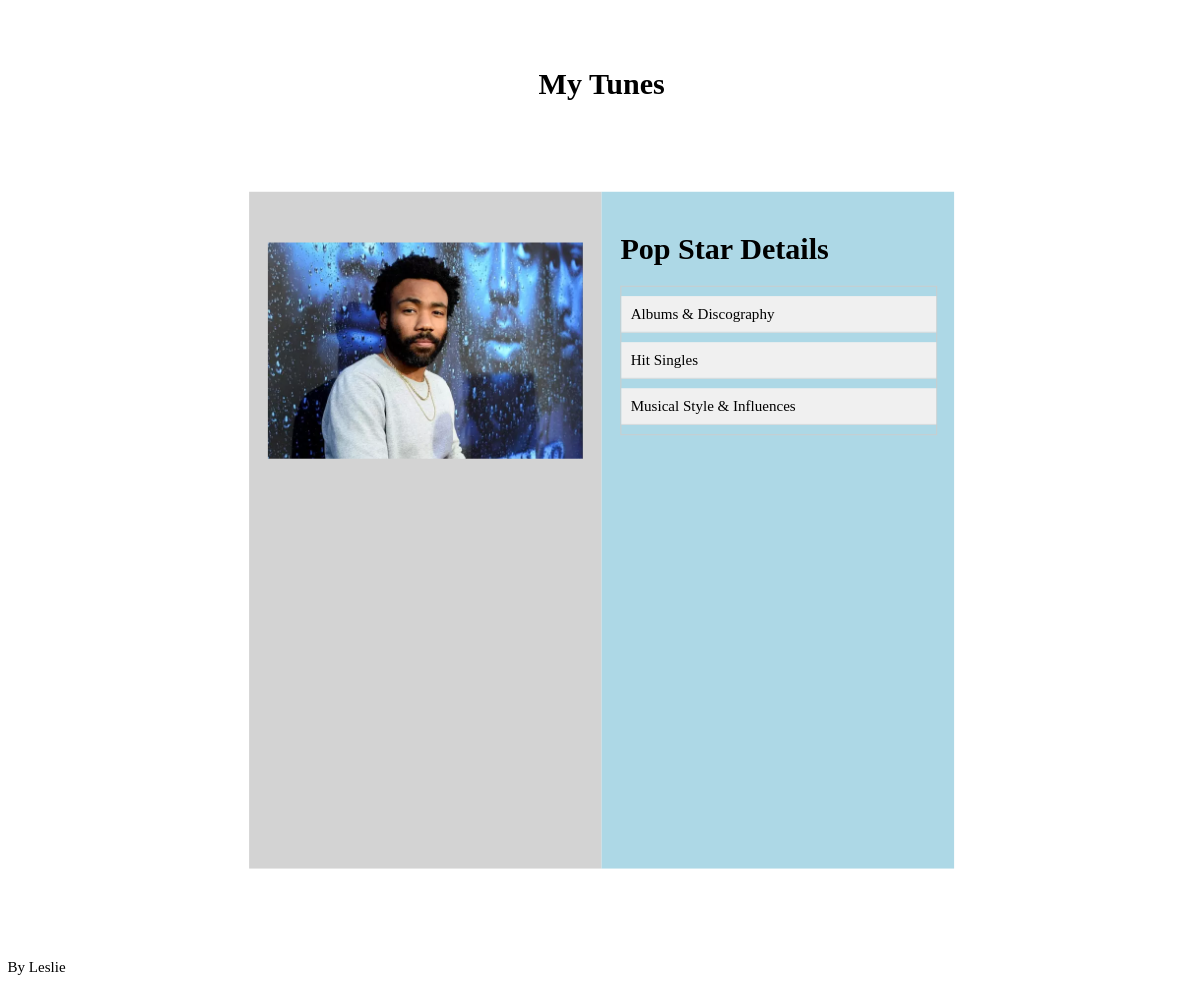
Repository: leslie179/labOne
Page: /
The author's editor kept a copy of each file at every save. The page is drawn from the files as they stood at one save, then again after the next save.
The browser window is 1280 px wide. The pictures show the whole page, at 94% of full size.
The project was rebuilt for these pictures with package versions that can differ from the ones it lists, and the page was loaded fresh each time. The framework's server and built-in components were replaced by stand-ins that run in the browser. Also part of the build but not shown: next.config.js, components/Footer/Footer.module.css.

Above is the page before, as saved 2024-09-15 22:11:17.

### pages/index.js
import Head from 'next/head'
import styles from '@/styles/Home.module.css'
import Footer from '@/components/Footer'
import Header from '@/components/Header'
import LeftComponent from '@/components/LeftComponent'
import RightComponent from '@/components/RightComponent'

export default function Home() {
  return (
    <>
      <Head>
        <title>Create Next App</title>
        <meta name="description" content="Generated by create next app" />
        <meta name="viewport" content="width=device-width, initial-scale=1" />
        <link rel="icon" href="/favicon.ico" />
      </Head>
      <Header/>
      <main className={`${styles.main}`}>
      <div className={styles.container}>
      <div className={styles.left}>
                <LeftComponent />
            </div>
            <div className={styles.right}>
              <h1>Pop Star Details</h1>
                <RightComponent />
            </div>
            </div>
      </main>
      <Footer/>
    </>
  )
}

### styles/globals.css
:root {


}

a {
  color: inherit;
  text-decoration: none;
}

### styles/Home.module.css
.main {
  display: flex;
  flex-direction: column;
  justify-content: space-between;
  align-items: center;
  padding: 6rem;
  min-height: 20vh;
}

.container {
  display: flex;
  width: 70%;
  height: 100vh;

}

.left, .right {
  width: 50%;
  padding: 20px;
  box-sizing: border-box;
}

.left {
  background-color: lightgray;
}

.right {
  background-color: lightblue;
}

### components/Footer/index.js
import styles from "./Footer.module.css"

export default function Footer() {
    return(
        <footer className={styles.Footer}>
            By Leslie
        </footer>
    )
}

### components/Header/index.js
import styles from './Header.module.css';


export default function Header() {
    return (
        <header className={styles.header}>
            <h1>My Tunes</h1>
        </header>
    );
}

### components/LeftComponent/index.js
import styles from './LeftComponent.module.css';

export default function LeftComponent() {
    return (
        <div>
            <img src="childish_icon.jpg" alt="Childish Icon" className={styles.image} />
        </div>
    );
}

### components/RightComponent/index.js
import { useState } from 'react';
import styles from './RightComponent.module.css';

export default function RightComponent() {
    const [activeIndex, setActiveIndex] = useState(null);

    const toggleAccordion = (index) => {
        setActiveIndex(activeIndex === index ? null : index);
    };

    const categories = [
        { title: 'Albums & Discography', content: 'Childish Gambino’s albums like *Camp*, *Because the Internet*, *"Awaken, My Love!"*, and *3.15.20* show his evolution in music.' },
        { title: 'Hit Singles', content: 'Notable singles include "3005," "Redbone," and "This Is America," which won Grammys for its cultural impact.' },
        { title: 'Musical Style & Influences', content: 'Gambino blends hip hop, soul, funk, and rock, drawing influence from Prince, OutKast, and more.' }
    ];

    return (
        <div className={styles.accordion}>
            {categories.map((category, index) => (
                <div key={index} className={styles.item}>
                    <div className={styles.title} onClick={() => toggleAccordion(index)}>
                        {category.title}
                    </div>
                    <div className={`${styles.content} ${activeIndex === index ? styles.show : ''}`}>
                        <p>{category.content}</p>
                    </div>
                </div>
            ))}
        </div>
    );
}

### components/Header/Header.module.css
.header {
    text-align: center;
    padding-top: 5%;
  }

  .header h1 {
    margin: 0;
    padding: 0;
    font-size: 2rem; /* Adjust as needed */
  }

### components/LeftComponent/LeftComponent.module.css
.left {
    width: 50%;
    background-color: lightgray;
    padding: 20px;
    box-sizing: border-box;
    height: 100vh;
    float: left;
}

.image{
    width: 100%;
    padding-top: 10%;
}

### components/RightComponent/RightComponent.module.css
.right {
    width: 50%;
    background-color: lightblue;
    padding: 20px;

    box-sizing: border-box;
    height: 100vh;
    float: right;
}
.accordion {
    border: 1px solid #ccc;
    width: 100%;
    padding-top: 3%;
}

.item {
    border-bottom: 1px solid #ddd;
    margin-bottom: 10px;
}

.title {
    cursor: pointer;
    padding: 10px;
    background-color: #f0f0f0;
}

.content {
    max-height: 0;
    overflow: hidden;
    transition: max-height 0.3s ease-out;
}

.show {
    max-height: 100px;
}

Loaded but not shown: pages/_app.js (common file); pages/_document.js (common file)

After the next save:
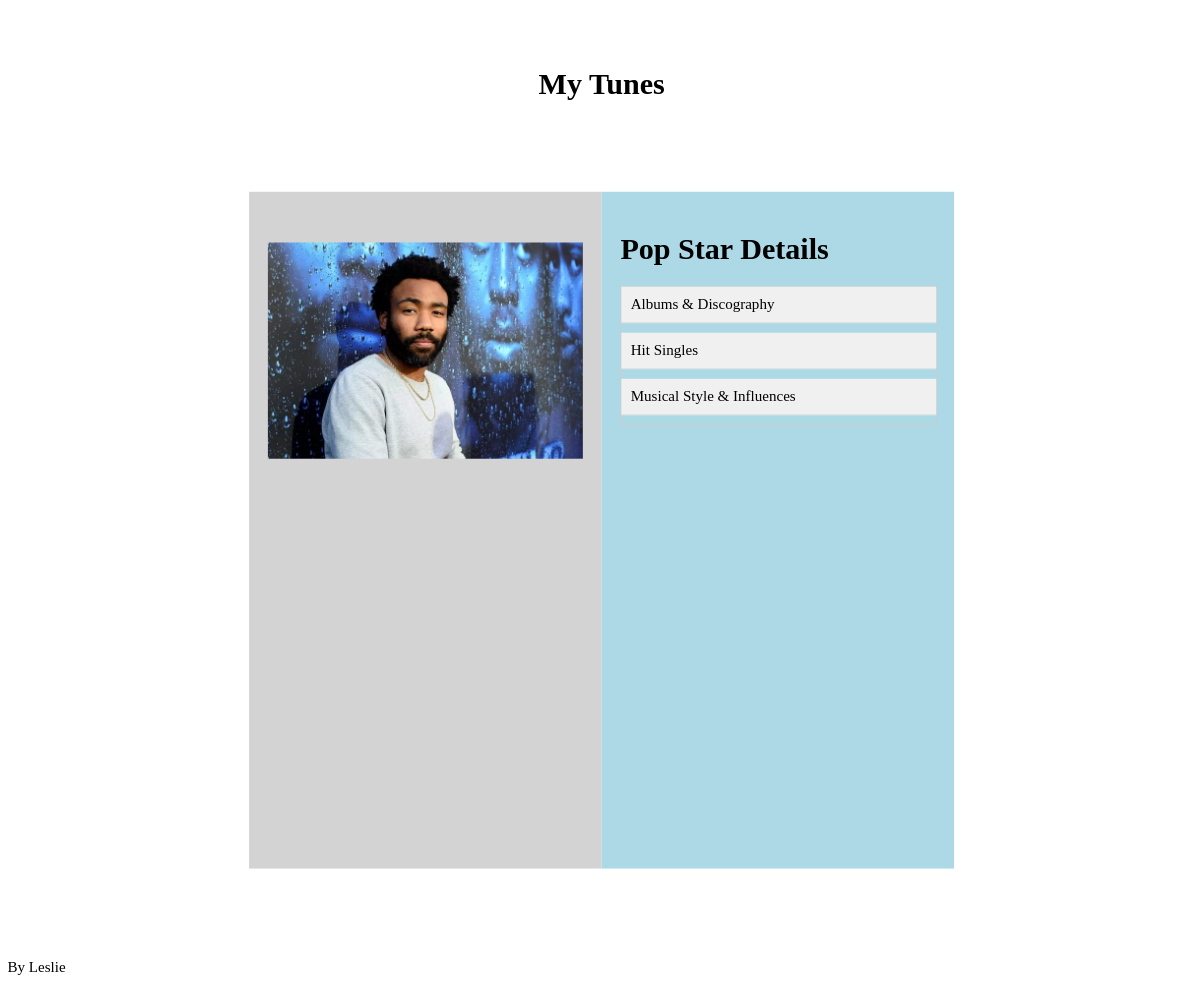
Saved 7 s later.
--- a/components/RightComponent/RightComponent.module.css
+++ b/components/RightComponent/RightComponent.module.css
@@ -10,7 +10,6 @@
 .accordion {
     border: 1px solid #ccc;
     width: 100%;
-    padding-top: 3%;
 }
 
 .item {
